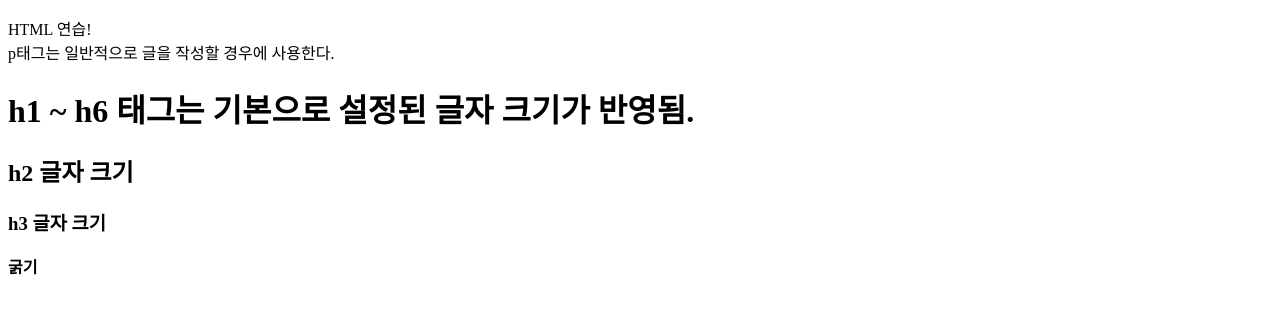
Repository: dongseon0713/myJSP
Page: HTML/src/main/webapp/First.html
These files come from the project's save history. The page is drawn as it stood at one moment and after a run of saves; the edit follows.
The browser window is 1280 px wide. The pictures show the whole page.

Above is the page before, as saved 2022-01-17 08:40:03.

### HTML/src/main/webapp/First.html
<!DOCTYPE html> <!-- 작업 문서가 HTML임을 표시 -->
<html>			<!-- HTML 시작 태그 -->
	<head>		<!-- 현재 페이지에 대한 정보를 선언(메타데이터) -->
	  <meta charset="UTF-8"> <!-- charset속성을 사용하여 utf-8 인코딩 지정 -->
 	  <title>첫번째 HTML입니다.</title> <!-- 페이지 제목 -->
	</head> 	<!-- head 끝 태그 -->

	<body>		<!-- 화면에 보여질 내용을 작성하는 태그 -->
	  <p>		<!-- 문단을 구분하는 태그 -->
	  		HTML 연습!<br> <!-- 문서의 줄바꿈 태그로 사용 -->
	  		p태그는 일반적으로 글을 작성할 경우에 사용한다.
	  </p>

	  <h1> h1 ~ h6 태그는 기본으로 설정된 글자 크기가 반영됨.</h1>
	  <h2> h2 글자 크기</h2>
	  <h3> h3 글자 크기</h3>

	  <b> 굵기</b>
	</body>		<!-- body 끝 태그 -->
</html>			<!-- HTML 끝 태그 -->

After the next 2 saves:
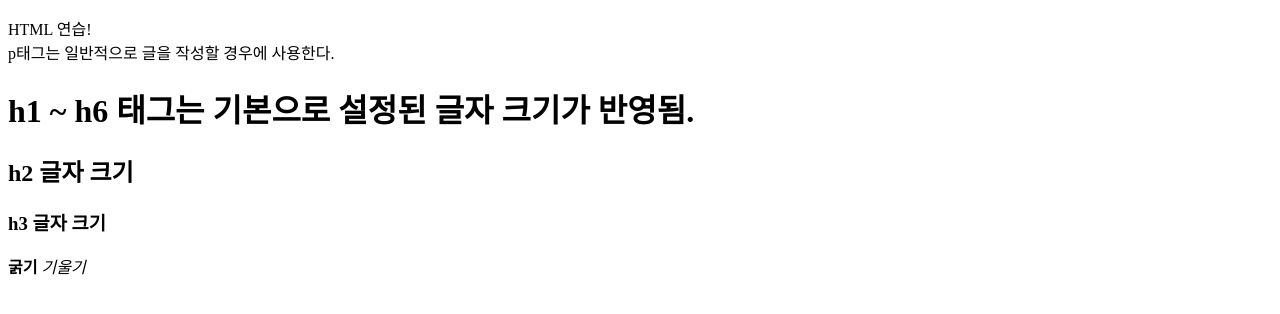
The 2 saves are shown as one change because they came seconds apart.
The last was saved 18 s later.
--- a/HTML/src/main/webapp/First.html
+++ b/HTML/src/main/webapp/First.html
@@ -15,6 +15,7 @@
 	  <h2> h2 글자 크기</h2>
 	  <h3> h3 글자 크기</h3>
 
-	  <b> 굵기</b>
+	  <b> 굵기 </b>
+	  <i> 기울기 </>
 	</body>		<!-- body 끝 태그 -->
 </html>			<!-- HTML 끝 태그 -->
